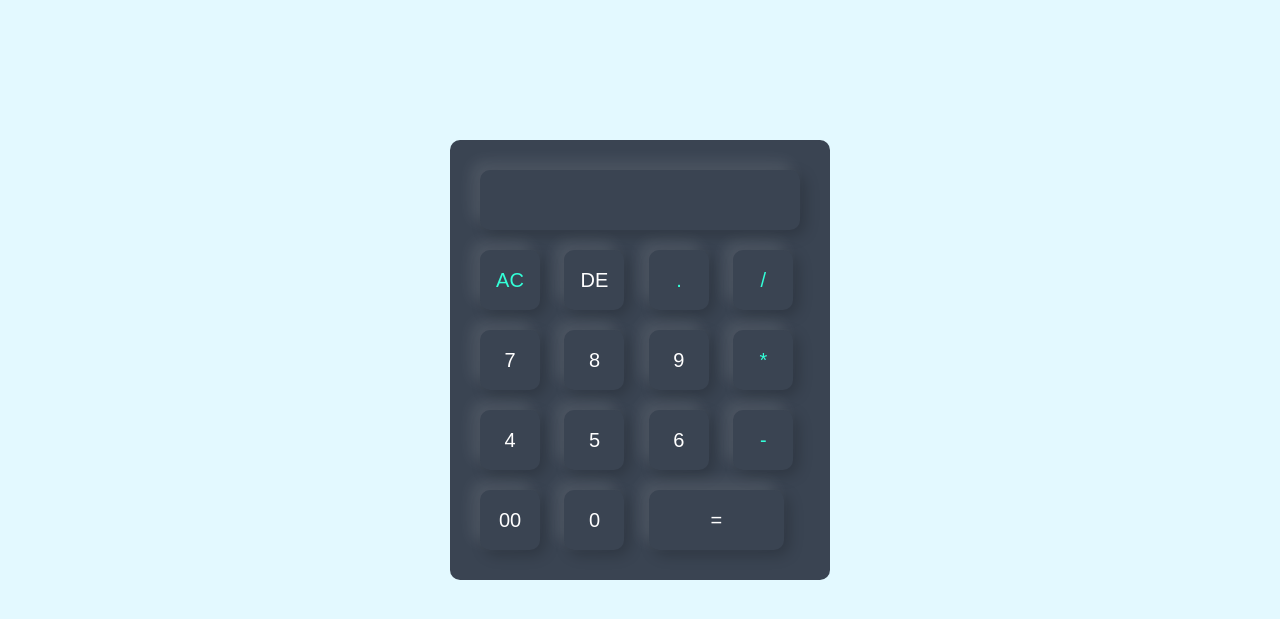
Repository: YAAMAR/calculator
Page: index.html
An editor plug-in stored every save of this project. The page is shown before and after the next save, followed by the edit.
The browser window is 1280 px wide. The pictures show the whole page.

Above is the page before, as saved 2024-05-02 23:19:27.

### index.html
<!DOCTYPE html>
<html lang="en">
<head>
    <meta charset="UTF-8">
    <meta name="viewport" content="width=device-width, initial-scale=1.0">
    <title>Calculator using javascript-Easy Tutorials</title>
    <link rel="stylesheet" href="style.css">
</head>
<body>
    <div class="container">
        <div class="calculator">
            <form >
                <div class="display">
                    <input type="text" style="width:320px;" name="display">
                </div>
                <div>
                    <input type="button" value="AC" onclick="display.value=''" class="operator">
                    <input type="button" value="DE" onclick="display.value=display.value.toString().slice (0,-1)">
                    <input type="button" value="." onclick="display.value+='.'" class="operator">
                    <input type="button" value="/" onclick="display.value+='/'" class="operator">
                </div>
                    <div>
                        <input type="button" value="7" onclick="display.value+='7'">
                        <input type="button" value="8" onclick="display.value+='8'" >
                        <input type="button" value="9" onclick="display.value+='9'">
                        <input type="button" value="*" onclick="display.value+='*'" class="operator">
                    </div>
                    <div>
                        <input type="button" value="4" onclick="display.value+='4'">
                        <input type="button" value="5" onclick="display.value+='5'">
                        <input type="button" value="6" onclick="display.value+='5'">
                        <input type="button" value="-" onclick="display.value+='-'" class="operator">
                    </div>
                <div>
                      <input type="button" value="00" onclick="display.value+='00'">
                    <input type="button" value="0" onclick="display.value+='0'">
                    <input type="button" value="=" onclick="display.value=eval(display.value)"
                    class="equal">
                </div>
            </form>
        </div>
    </div>
</body>
</html>

### style.css
*{
    margin: 0;
    padding: 0;
    font-family: 'poppies',sans-serif;
    box-sizing: border-box;
}
.container{
    width: 100%;
    height: 100vh;
    background: #e3f9ff;
    display: flex;
    align-items: center;
    justify-content: center;
}
.calculator{
    background: #3a4452;
    padding: 20px;
    border-radius: 10px;
}
.calculator form input{
    border: 0;
    outline: 0;
    width: 60px;
    height: 60px;
    border-radius: 10px;
    box-shadow: -8px -8px 15px rgba(255, 255, 255, 0.1),5px 5px 15px rgba(0, 0, 0, 0.2);
    background: transparent;
    font-size: 20px;
    color: #fff;
    cursor: pointer;
    margin: 10px;
}
form.display{
    display: flex;
    justify-content: flex-end;
    margin: 20px 0;
}
form.display input{
    text-align: right;
    flex: 1;
    font-size: 45px;
    box-shadow: none;

}
form input.equal{
    width: 135px;
}
form input.operator{
    color: #33ffd8;
}

After the next save:
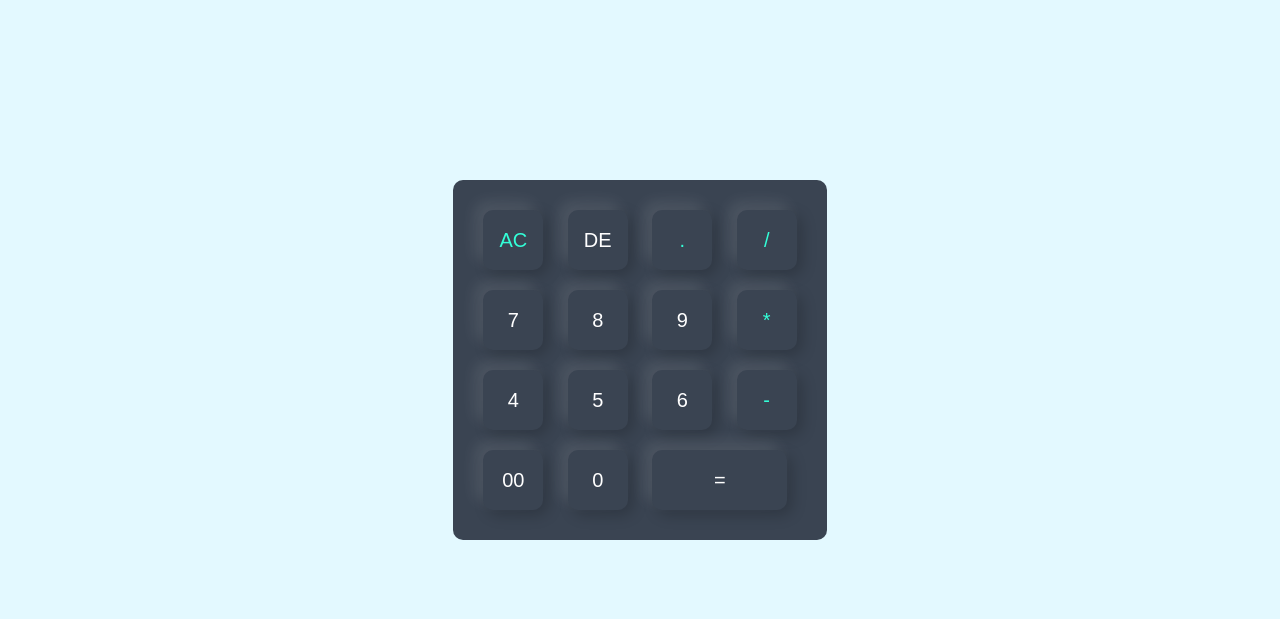
Saved 17 s later.
--- a/index.html
+++ b/index.html
@@ -10,9 +10,9 @@
     <div class="container">
         <div class="calculator">
             <form >
-                <div class="display">
+                <!-- <div class="display">
                     <input type="text" style="width:320px;" name="display">
-                </div>
+                </div> -->
                 <div>
                     <input type="button" value="AC" onclick="display.value=''" class="operator">
                     <input type="button" value="DE" onclick="display.value=display.value.toString().slice (0,-1)">

After the save that followed:
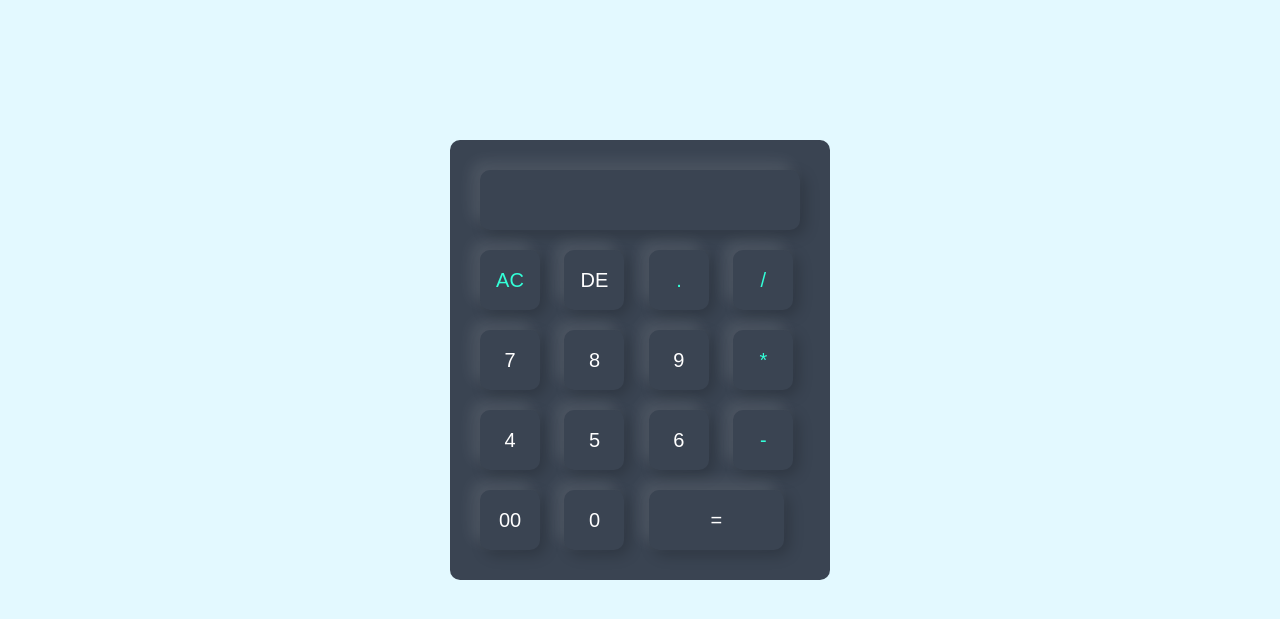
Saved 13 s later.
--- a/index.html
+++ b/index.html
@@ -10,9 +10,9 @@
     <div class="container">
         <div class="calculator">
             <form >
-                <!-- <div class="display">
+                <div class="display">
                     <input type="text" style="width:320px;" name="display">
-                </div> -->
+                </div>
                 <div>
                     <input type="button" value="AC" onclick="display.value=''" class="operator">
                     <input type="button" value="DE" onclick="display.value=display.value.toString().slice (0,-1)">
